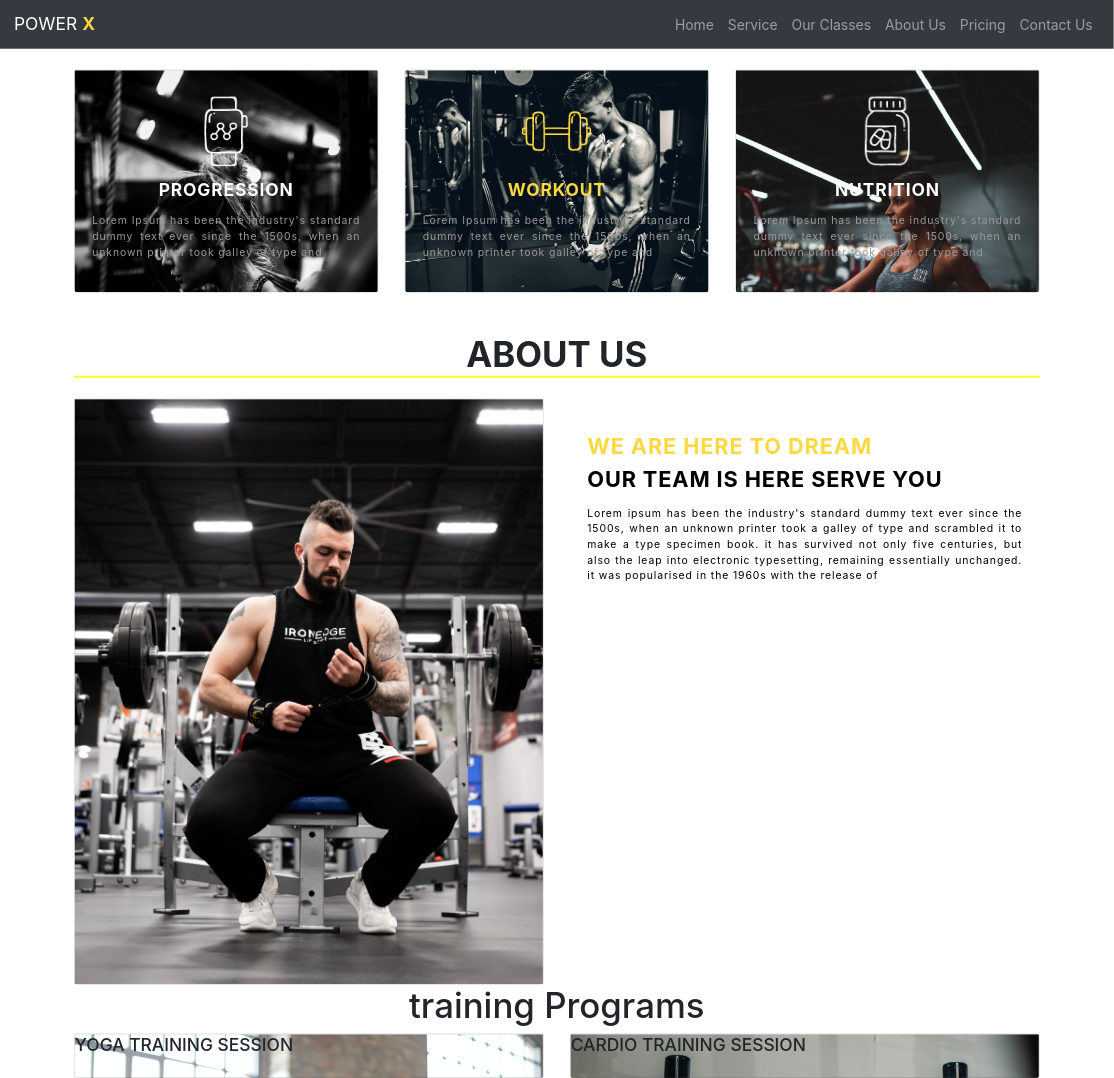
Repository: arif286/power-x-gym
Page: /
These files come from the project's save history. The page is drawn as it stood at one moment and after the next save; the edit follows.
The browser window is 1280 px wide. The pictures show the whole page, at 87% of full size.
The project was rebuilt for these pictures with package versions that can differ from the ones it lists, and the page was loaded fresh each time.

Above is the page before, as saved 2021-04-06 21:33:02.

### src/index.js
import React from 'react';
import ReactDOM from 'react-dom';
import App from './App';
import "./index.css";
import reportWebVitals from './reportWebVitals';
ReactDOM.render(
  <React.StrictMode>
    <App />
  </React.StrictMode>,
  document.getElementById('root')
);

// If you want to start measuring performance in your app, pass a function
// to log results (for example: reportWebVitals(console.log))
// or send to an analytics endpoint. Learn more: https://bit.ly/CRA-vitals
reportWebVitals();

### src/App.js
import "bootstrap/dist/css/bootstrap.min.css";
import React from 'react';
import { BrowserRouter as Router, Route, Switch } from "react-router-dom";
import Header from './components/Header/Header';
import Home from './components/Home/Home';
function App() {
  return (
    <div>
      <Router>
        <Header/>
        <Switch>
          <Route path='/home'>
            <Home/>
          </Route>
          <Route exact path='/'>
            <Home/>
          </Route>
        </Switch>
      </Router>
    </div>
  );
}

export default App;

### src/components/Header/Header.js
import React from "react";
import { Nav, Navbar } from "react-bootstrap";


const Header = () => {

  return (
    <div>
      <Navbar bg="dark" variant="dark">
        <Navbar.Brand href="#home">
          POWER
          <span style={{ color: "#FCD842",marginLeft:'6px', fontWeight:700 }}>X</span>
        </Navbar.Brand>
        <Nav className="ml-auto">
          <Nav.Link href="#home">Home</Nav.Link>
          <Nav.Link href="#features">Service</Nav.Link>
          <Nav.Link href="#features">Our Classes</Nav.Link>
          <Nav.Link href="#features">About Us</Nav.Link>
          <Nav.Link href="#features">Pricing</Nav.Link>
          <Nav.Link href="#pricing">Contact Us</Nav.Link>
        </Nav>
      </Navbar>
      <br />
    </div>
  );
};

export default Header;

### src/components/Home/Home.js
import React from "react";
import About from "../About/About";
import Programs from "../Programs/Programs";
import WorkOut from "../WorkOut/WorkOut";

const Home = () => {
  return (
    <>
      <WorkOut />
      <About />
      <Programs/>
    </>
  );
};

export default Home;

### src/components/About/About.js
import React from "react";
import { Card, Col, Container, Row } from "react-bootstrap";
import aboutImg from "../../power-x-gym/Image & Icon/wells-chan-H-vAxuWxmi8-unsplash.jpg";

const About = () => {
  return (
    <>
      <Container className="mt-5">
        <h1 className="text-center mb-4 about-title">about us</h1>
        <Row className="row-cols-1 row-cols-md-2 g-4 ">
          <Col>
            <Card className="h-100">
              <img
                style={{
                  width: "100%",
                  height: "100%",
                  objectFit: "cover",
                }}
                src={aboutImg}
                alt=""
              />
            </Card>
          </Col>
          <Col>
            <Card style={{ border: "none" }} className="h-100 work-card ">
              <Card.Body>
                <h5
                  style={{
                    color: "#FCD842",
                    fontSize: "25px",
                    marginTop: "20px",
                  }}
                >
                  We are here to dream
                </h5>
                <h5 style={{ color: "black", fontSize: "25px" }}>
                  our team is here serve you
                </h5>
                <p style={{ color: "black" }}>
                  Lorem ipsum has been the industry's standard dummy text ever
                  since the 1500s, when an unknown printer took a galley of type
                  and scrambled it to make a type specimen book. it has survived
                  not only five centuries, but also the leap into electronic
                  typesetting, remaining essentially unchanged. it was
                  popularised in the 1960s with the release of
                </p>
              </Card.Body>
            </Card>
          </Col>
        </Row>
      </Container>
    </>
  );
};

export default About;

### src/components/Programs/Programs.js
import React from "react";
import { Card, Col, Container, Row } from "react-bootstrap";
import './Programs.css';
const Programs = () => {
  return (
    <>
      <Container>
        <h1 className="text-center">
          training <span>Programs</span>
        </h1>
        <Row className="row-cols-1 row-cols-md-2 g-4">
          <Col>
            <Card className="yoga programs-img h-100">
              <h5> Yoga training session</h5>
            </Card>
          </Col>
          <Col>
            <Card className="cardio programs-img h-100">
              <h5>cardio training session</h5>
            </Card>
          </Col>
        </Row>
      </Container>
    </>
  );
};

export default Programs;

### src/components/WorkOut/WorkOut.js
import React from "react";
import { Card, Col, Container, Row } from "react-bootstrap";
import watch from "../../power-x-gym/Image & Icon/Group 80.png";
import dumble from "../../power-x-gym/Image & Icon/Group 81.png";
import box from "../../power-x-gym/Image & Icon/Group 82.png";
import "./WorkOut.css";

const WorkOut = () => {
  return (
    <>
      <Container>
        <Row className="row-cols-1 row-cols-md-3 g-4">
          <Col>
            <Card className="hard-work work-card h-100">
              <Card.Body className="text-center ">
                <img src={watch} className="work-img" alt="" />
                <h5>Progression</h5>
                <p>
                  Lorem Ipsum has been the industry's standard dummy text ever
                  since the 1500s, when an unknown printer took galley of type
                  and
                </p>
              </Card.Body>
            </Card>
          </Col>
          <Col>
            <Card className="work-out work-card h-100">
              <Card.Body className="text-center">
                <img className="work-img" src={dumble} alt="" />
                <h5 style={{ color: "#FCD842" }}>WorkOut</h5>
                <p>
                  Lorem Ipsum has been the industry's standard dummy text ever
                  since the 1500s, when an unknown printer took galley of type
                  and
                </p>
              </Card.Body>
            </Card>
          </Col>
          <Col>
            <Card className="nutrition work-card h-100">
              <Card.Body className="text-center">
                <img className="work-img" src={box} alt="" />
                <h5>nutrition</h5>
                <p>
                  Lorem Ipsum has been the industry's standard dummy text ever
                  since the 1500s, when an unknown printer took galley of type
                  and
                </p>
              </Card.Body>
            </Card>
          </Col>
        </Row>
      </Container>
    </>
  );
};

export default WorkOut;

### src/components/Programs/Programs.css
.yoga {
  background-image: url("../../power-x-gym/Image & Icon/bruce-mars-gJtDg6WfMlQ-unsplash.png");
}
.cardio {
  background-image: url("../../power-x-gym/Image & Icon/arthur-edelman-qfjuh4OLdxw-unsplash.jpg");
}
.programs-img {
  background-repeat: no-repeat;
  background-size: cover;
}
.programs-img h5 {
  text-transform: uppercase;
  margin-top: auto;
  margin-bottom: 25px;
  font-size: 20px;
}

### src/components/WorkOut/WorkOut.css
.hard-work {
  background-image: url("../../power-x-gym/Image & Icon/hipcravo-5UbIqV58CW8-unsplash.jpg");
}
.work-out {
  background-image: url("../../power-x-gym/Image & Icon/daniel-apodaca-WdoQio6HPVA-unsplash.jpg");
}
.nutrition {
  background-image: url("../../power-x-gym/Image & Icon/penguinuhh-8VI6WwEEEHw-unsplash.jpg");
}
.work-card {
  background-repeat: no-repeat;
  background-size: cover;
}
.work-img {
  width: 80px;
  height: 80px;
  object-fit: contain;
  margin-bottom: 15px;
  margin-top: 10px;
}
.work-card h5 {
  color: white;
  text-transform: uppercase;
  font-weight: 700;
  letter-spacing: 1px;
}
.work-card p {
  color: #9b9999;
  font-size: 12px;
  letter-spacing: 1px;
  text-align: justify;
  margin-top: 15px;
}

.about-title {
  text-transform: uppercase;
  font-weight: 700;
  border-bottom: 2px solid yellow;
}

Loaded but not shown: public/index.html (common file); src/index.css (common file); src/reportWebVitals.js (common file)

After the next save:
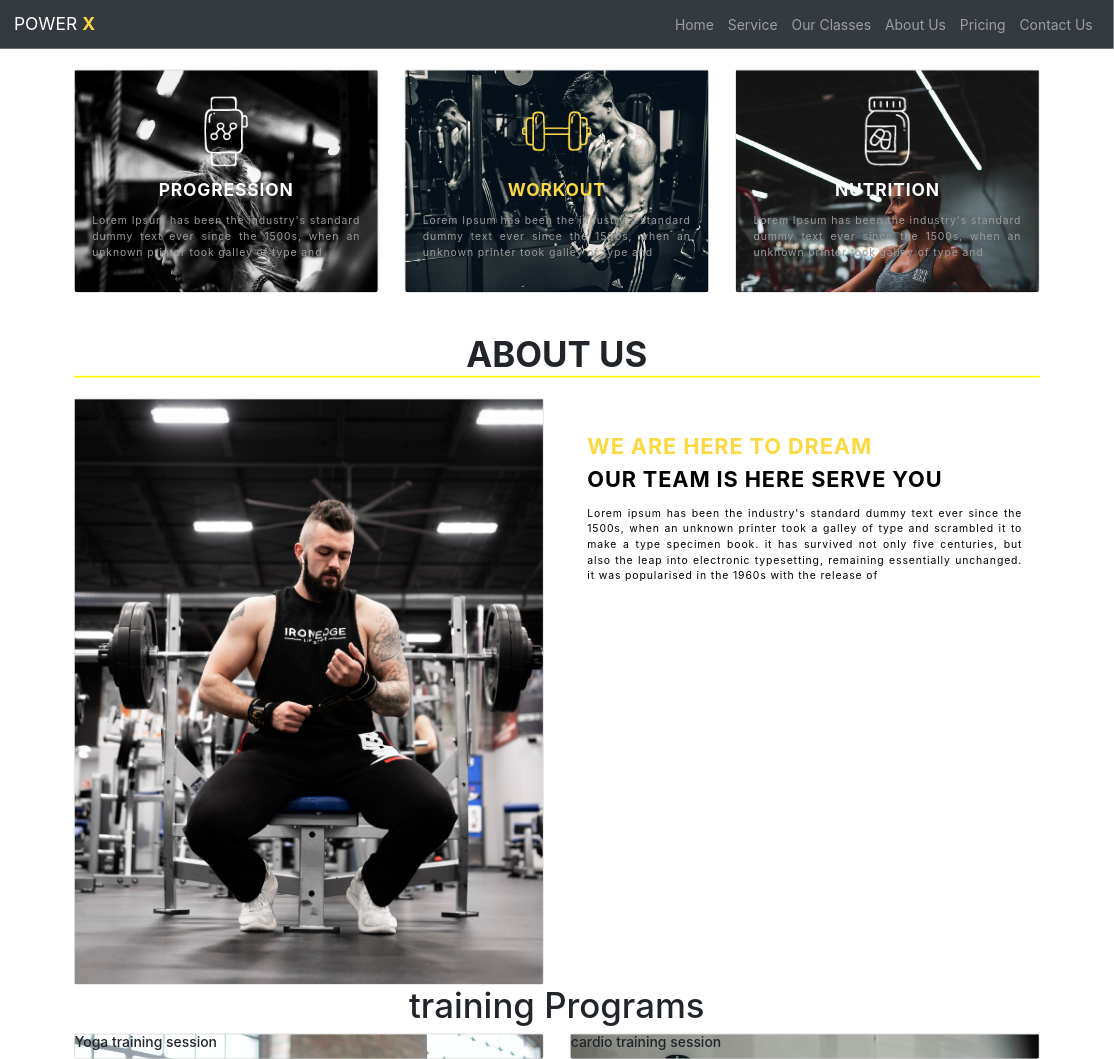
Saved 32 s later.
--- a/src/components/Programs/Programs.js
+++ b/src/components/Programs/Programs.js
@@ -11,12 +11,12 @@ const Programs = () => {
         <Row className="row-cols-1 row-cols-md-2 g-4">
           <Col>
             <Card className="yoga programs-img h-100">
-              <h5> Yoga training session</h5>
+              <h6> Yoga training session</h6>
             </Card>
           </Col>
           <Col>
             <Card className="cardio programs-img h-100">
-              <h5>cardio training session</h5>
+              <h6>cardio training session</h6>
             </Card>
           </Col>
         </Row>

After the save that followed:
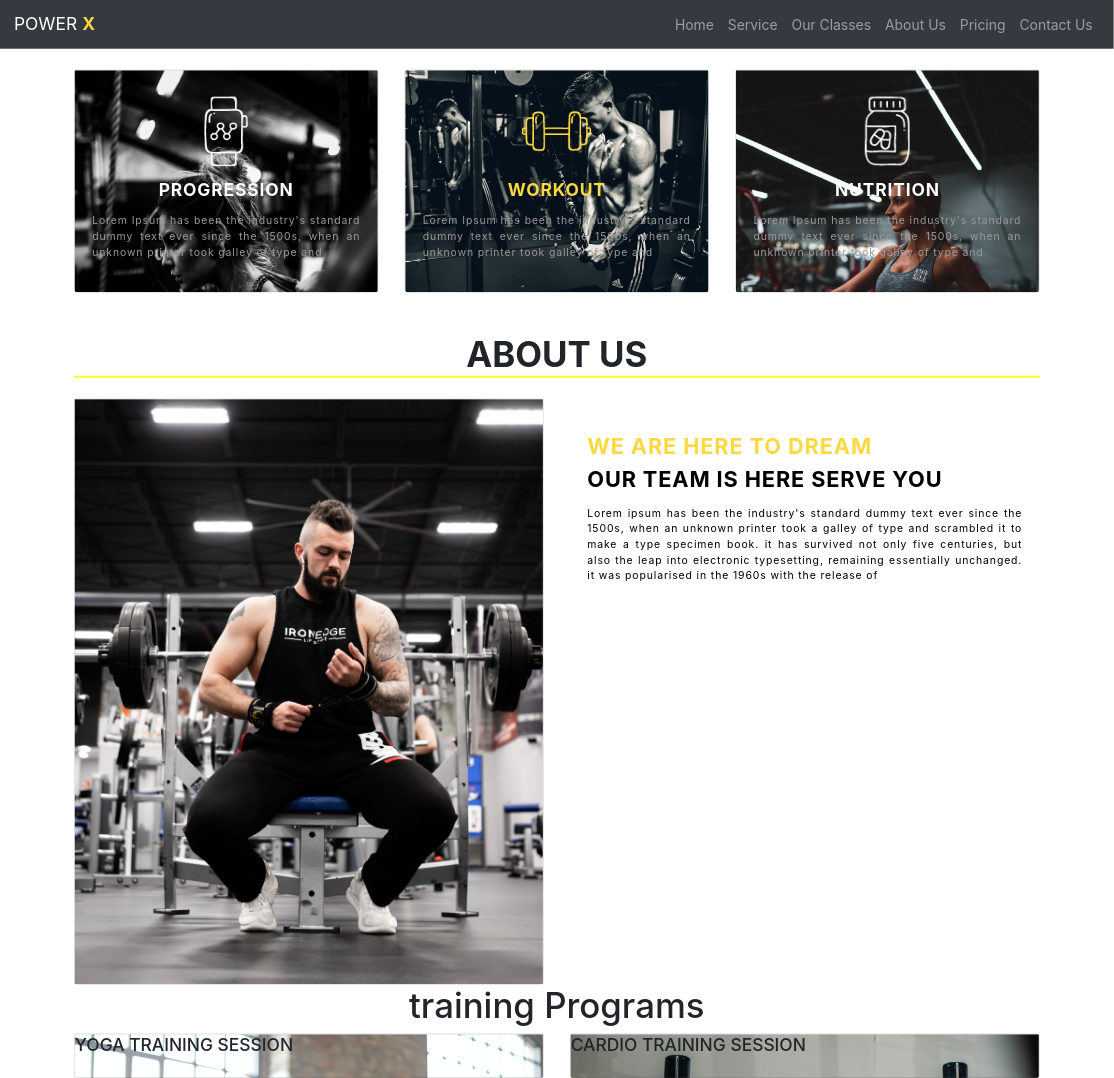
Saved 3 s later.
--- a/src/components/Programs/Programs.css
+++ b/src/components/Programs/Programs.css
@@ -8,7 +8,7 @@
   background-repeat: no-repeat;
   background-size: cover;
 }
-.programs-img h5 {
+.programs-img h6 {
   text-transform: uppercase;
   margin-top: auto;
   margin-bottom: 25px;
